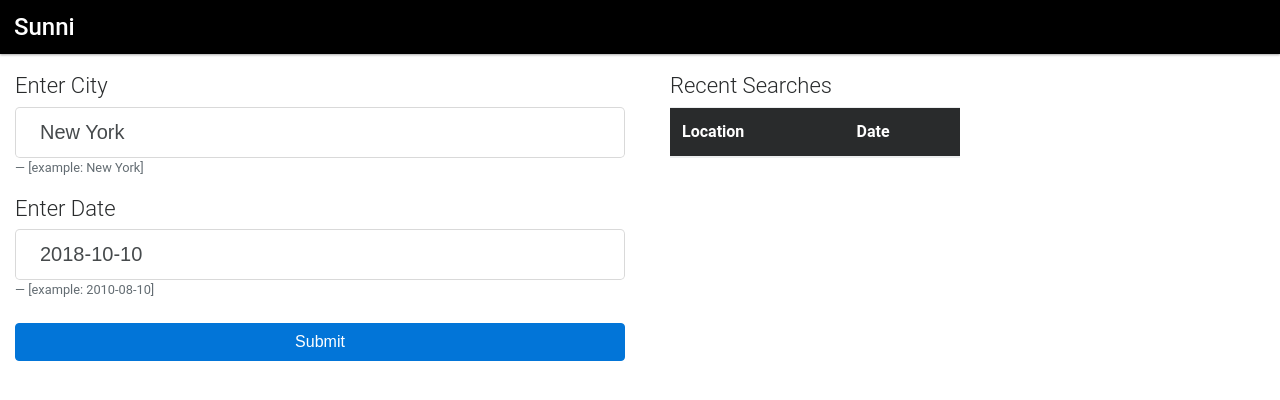
Repository: Oakga/Weather_app
Page: index.html
An editor plug-in stored every save of this project. The page is shown before and after the next save, followed by the edit.
The browser window is 1280 px wide. The pictures show the whole page.

Above is the page before, as saved 2017-09-22 07:25:11.

### index.html
<!DOCTYPE html>
<html>
<head>
    <meta charset="utf-8">
    <link rel="stylesheet" href="https://maxcdn.bootstrapcdn.com/bootstrap/4.0.0-alpha.6/css/bootstrap.min.css" integrity="sha384-rwoIResjU2yc3z8GV/NPeZWAv56rSmLldC3R/AZzGRnGxQQKnKkoFVhFQhNUwEyJ" crossorigin="anonymous">
    <!-- <link href='http://fonts.googleapis.com/css?family=Roboto:400,300,700' rel='stylesheet' type='text/css'> -->
    <link href="css/styles.css" rel="stylesheet" type="text/css">
    <script src="https://unpkg.com/axios/dist/axios.min.js"></script>
</head>
<body>
    <header>
        <h1>Sunni</h1>
    </header>
    <div class="container-fluid">
        <div class="row">
            <div class="col">
                <form id="location-form">
                    <h2>Enter City</h2><input value="New York" type="text" id="location-input" class="form-control form-control-lg "/>
                    <footer class="blockquote-footer">[example: New York]</footer>
                    <h2>Enter Date</h2><input value="2018-10-10" type="text" id="date-input" class="form-control form-control-lg "/>
                    <footer class="blockquote-footer">[example: 2010-08-10]</footer>
                    <br>
                    <button type="submit" class="btn btn-primary btn-block">Submit</button>
                </form>
                <div id="formatted-address"></div>
                <div id="geometry-component"></div>
                <div id="weather-component"></div>
            </div>
            <div class="col">
                <div class="container-fluid">
                    <h2>Recent Searches</h2>
                    <table class="table">
                        <thead class="thead-inverse">
                            <tr>
                                <th>Location</th>
                                <th>Date</th>
                            </tr>
                            <tbody id="history-table">
                            </tbody>
                        </thead>
                    </table>
                </div>
            </div>
        </div>
    </div>
</div>
<script src="js/main.js"></script>
</body>
</html>

### css/styles.css
body {
    font-family: 'Roboto', 'Sans Serif';
    font-size: 16px;
    padding: 0;
    margin: 0;
}

header {
    background-color: #000000;
    padding: 14px;
    box-shadow: 0 1px 3px rgba(0,0,0,0.12), 0 1px 2px rgba(0,0,0,0.24);
}

h1, h2, h3 {
    font-weight: 300;
}

header > h1 {
    font-weight: 500;
    font-size: 24px;
    margin: 0;
    color: #FFFFFF;
}

h2 {
    font-size: 22px;
    margin: 20px 0 8px 0;
}

.table {
    border-radius: 5px;
    width: 50%;
    float: none;
}

### js/main.js
class dailyReport {
    constructor(Time,Humidity,Precipitation,Intensity,Wind,MaxTemperature,MinTemperature){
        this.Time = Time;
        this.Humidity = Humidity;
        this.Precipitation = Precipitation;
        this.Intensity = Intensity;
        this.Wind = Wind;
        this.MaxTemperature = MaxTemperature;
        this.MinTemperature = MinTemperature;
    };
};

class todayReport {
    constructor(Time,Summary,Humidity,Temperature, Precipitation,Intensity,Wind,){
        this.Time = Time;
        this.Summary = Summary;
        this.Humidity = Humidity;
        this.Temperature = Temperature;
        this.Precipitation = Precipitation;
        this.Intensity = Intensity;
        this.Wind = Wind;
    };
};

class search{
    constructor(location,date){
        this.date = date;
        this.location = location;
    }
}

const geoCode = (location, time=Date.now()) => {
    axios.get('https://maps.googleapis.com/maps/api/geocode/json',{
    params:{
        address: location,
        key: 'AIzaSyAkYBjwd7ygcP8GpAz47QsP3s3vaweLAE0'
    }
}).then(function(response){
    console.log(response);
    const formattedAddr = response.data.results[0].formatted_address;
    const formattedAddrOutput = `
    <h2> Current Search Location: </h2>
    <ul class="list-group">
    <li class="list-group-item">
    ${formattedAddr}
    </li>
    </ul>
    `;
    let addressComponents = response.data.results[0].address_components;
    let lat = Math.round(response.data.results[0].geometry.location.lat*10000)/10000;
    let lng = Math.round(response.data.results[0].geometry.location.lng*10000)/10000;
    let geometryOutput = `
    <ul class="list-group">
    <li class="list-group-item">
    <strong>
    Latitude
    </strong>: ${lat}
    </li>
    <li class="list-group-item">
    <strong>
    Longitude
    </strong>: ${lng}
    </li>
    </ul>
    <br>
    `;
    document.getElementById('formatted-address').innerHTML = formattedAddrOutput;
    document.getElementById('geometry-component').innerHTML = geometryOutput;

    darkSky(lat,lng,time);
    updateHistory(addressComponents,time);

})
.catch(function(error){
    console.log(error);
    const formattedAddrOutput = `
    <div class="alert alert-danger" role="alert">
    <strong>Unknown Location!</strong> Change a few things up and try submitting again.
    </div>
    `;
    document.getElementById('formatted-address').innerHTML = formattedAddrOutput;
})
};
const weeklyWeatherTable = (response) => {
    let weeklyReport = [];
    const currentDate =  response.data.currently;
    const dailyDate = response.data.daily.data;
    let formattedTime;
    for(let i=0;i<dailyDate.length;i++){
        formattedTime= convertUnixTime(dailyDate[i].time);
        const dayReport = weeklyReport[i] = new dailyReport(
            formattedTime,
            dailyDate[i].humidity,
            dailyDate[i].precipProbability,
            dailyDate[i].precipIntensity,
            dailyDate[i].windSpeed,
            dailyDate[i].temperatureMax,
            dailyDate[i].temperatureMin,
        );
    };
    console.log(dailyDate);
    console.log(response.data);
    let columnNames = ``;
    const units = ['','%','%','(mm/hr)','(m/s)','(`C)','(`C)'];
    let counter = 0;
    for ( property in weeklyReport[0] ) {
        columnNames += `
        <th>
        ${property}${units[counter]}
        </th>
        `;
        counter++;
    };

    let itemRows = ``;
    let reportForTheDay;
    for(var i=0;i<weeklyReport.length;i++){
        reportForTheDay=weeklyReport[i];
        itemRows += `
        <tr>
        <th scope="row">${reportForTheDay.Time}</th>
        <td>${reportForTheDay.Humidity}</td>
        <td>${reportForTheDay.Precipitation}</td>
        <td>${reportForTheDay.Intensity}</td>
        <td>${reportForTheDay.Wind}</td>
        <td>${reportForTheDay.MaxTemperature}</td>
        <td>${reportForTheDay.MinTemperature}</td>
        </tr>`
    };

    let tableOutput = `
    <h2> Upcoming Forecasts </h2>
    <table class="table">
    <thead class="thead-inverse" id="table-index">
    ${columnNames}
    </thead>
    <tbody>
    ${itemRows}
    </tbody>
    </table>
    `;
    document.getElementById('weather-component').innerHTML = tableOutput;
};
const darkSky = (lat, lng, date = Date.now()) => {
    let apiCall = 'https://cors-anywhere.herokuapp.com/https://api.darksky.net/forecast/c84a2f187efcca194054935abae32b10/'+lat+','+lng;
    axios.get(apiCall,{
        params: {
            exclude: '[hourly,flags]',
            time: date,
            unit: '[si]',
        }
    }).then(function(response){
        weeklyWeatherTable(response);
    })
    .catch(function(error){
        console.log(error);
        const alert = `
        <div class="alert alert-danger" role="alert">
        <strong>Cannot find Weather information!</strong> Change a few things up and try submitting again.
        </div>
        `;
        document.getElementById('weather-component').insertAdjacentHTML("afterbegin",alert);
    })
    ;
}

const convertUnixTime = (time) => {
    let date = new Date(time*1000);
    const months = ['Jan','Feb','Mar','Apr','May','Jun','Jul','Aug','Sep','Oct','Nov','Dec'];
    year = date.getFullYear();
    month = months[date.getMonth()];
    numDate = date.getDate();
    formattedTime = numDate + ' ' + month + ' ' + year;
    return formattedTime;
}
const updateHistory = (location,time) => {
    const formattedTime = convertUnixTime(time);

    let itemRows = ``;
    itemRows += `
    <tr>
    <td>${location}</td>
    <td>${formattedTime}</td>
    </tr>`;

    document.getElementById('history-table').insertAdjacentHTML("afterbegin",itemRows);
};


document.getElementById('location-form').addEventListener('submit', function (e){
    e.preventDefault();
    const location = document.getElementById('location-input').value;
    const date = document.getElementById('date-input').value;
    if(date!==null){
        const unixTime = Date.parse(date)/1000;
        geoCode(location,unixTime);
    }
    else {
        geoCode(location);
    };
});

After the next save:
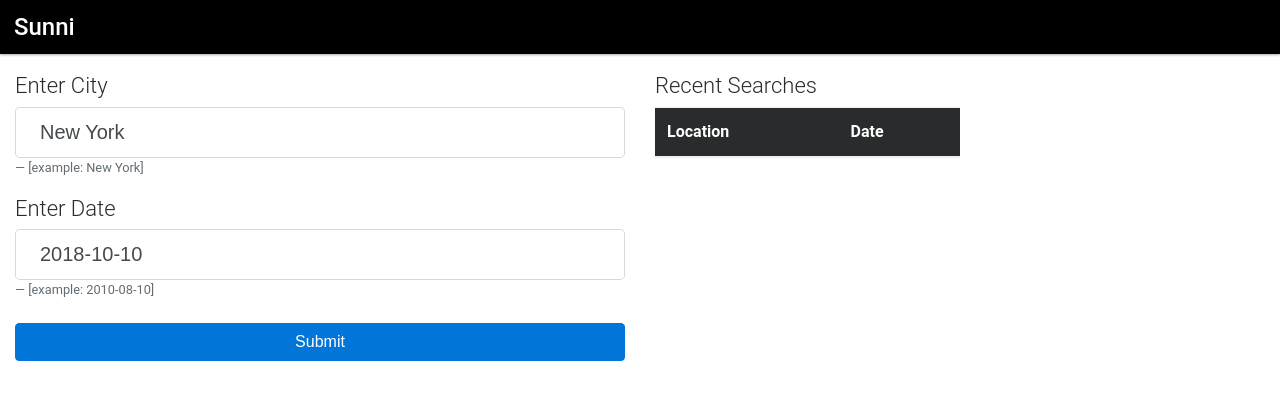
Saved 85 s later.
--- a/index.html
+++ b/index.html
@@ -27,19 +27,18 @@
                 <div id="weather-component"></div>
             </div>
             <div class="col">
-                <div class="container-fluid">
-                    <h2>Recent Searches</h2>
-                    <table class="table">
-                        <thead class="thead-inverse">
-                            <tr>
-                                <th>Location</th>
-                                <th>Date</th>
-                            </tr>
-                            <tbody id="history-table">
-                            </tbody>
-                        </thead>
-                    </table>
-                </div>
+                <div class="w-100"></div>
+                <h2>Recent Searches</h2>
+                <table class="table">
+                    <thead class="thead-inverse">
+                        <tr>
+                            <th>Location</th>
+                            <th>Date</th>
+                        </tr>
+                        <tbody id="history-table">
+                        </tbody>
+                    </thead>
+                </table>
             </div>
         </div>
     </div>
